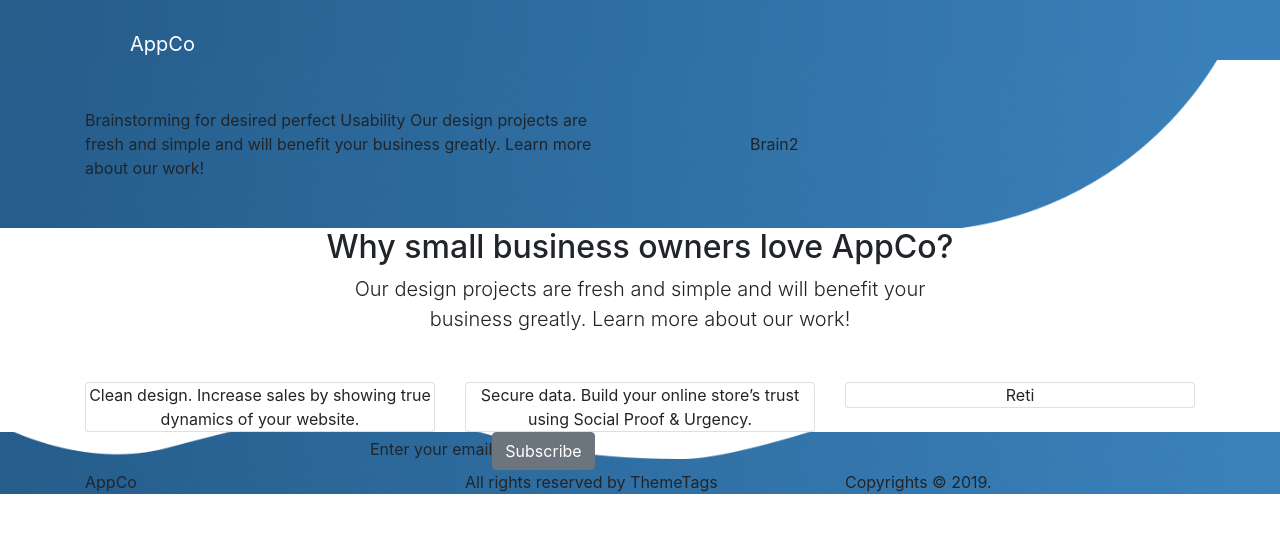
Repository: andbilous/user-statistics-app
Page: /
The author's editor kept a copy of each file at every save. The page is drawn from the files as they stood at one save, then again after the next save.
The browser window is 1280 px wide. The pictures show the whole page.
The project was rebuilt for these pictures with package versions that can differ from the ones it lists, and the page was loaded fresh each time. Also part of the build but not shown: src/components/reasons/reasons.scss.

Above is the page before, as saved 2020-06-19 15:16:16.

### src/App.js
import React from 'react';
import Main from './pages/Main';
import './App.scss';

function App() {
  return (
    <div className="App">
      <Main/>
    </div>
  );
}

export default App;

### src/pages/Main.jsx
import React from "react";
import Header from "../components/Header";
import Brainstorming from "../components/brainstorming";
import Reasons from "../components/reasons";
import Footer from '../components/footer';

const Main = () => {
  return (
    <>
      <Header />
      <Brainstorming />
      <Reasons />
      <Footer />
    </>
  );
};

export default Main;

### src/App.scss
body {
  font-family: Montserrat;
  font-style: normal;
  font-weight: normal;
}
img {
  position: relative;
  display: block;
  width: 100%;
}

### src/components/Header/index.js
import React from 'react';
import './header.scss';
import { Container, Row, Col } from 'reactstrap';


const Header = () => {
    return (
      <header className='header bg-image'>
      <Container>
          <div className='navbar-brand'>
          AppCo
            </div>
      </Container>
      </header>
    )
};

export default Header;

### src/components/brainstorming/index.js
import React from 'react';
import { Container, Row, Col } from 'reactstrap';
import'./brainstorming.scss';


const Brainstorming = () => {
    return (
      <section className='brainstorming pt-100 bg-image'>
      <Container>
          <Row className="row align-items-center justify-content-between py-5">
            <Col className="col-md-7 col-lg-6">
              Brainstorming for desired perfect Usability
              Our design projects are fresh and simple and will benefit your business greatly. Learn more about our work!
              </Col>
            <Col className="col-md-5 col-lg-5">Brain2</Col>
          </Row>
      </Container>
      </section>
    )
};

export default Brainstorming;

### src/components/reasons/index.js
import React from 'react';
import './reasons.scss';
import { Container, Row, Col,Card } from 'reactstrap';


const Reasons = () => {
    return (
      <section className='reasons'>
      <Container>
          <Row className="justify-content-center">
          <Col className="col-lg-7 col-md-8">
            <div className='section-heading text-center mb-5'>
              <h2>Why small business owners love AppCo?</h2>
              <p className='lead'>
              Our design projects are fresh and simple and will benefit your business greatly. Learn more about our work!
              </p>
            </div>
          </Col>
          </Row>
          <Row className="justify-content-center">
            <Col className='col-lg-4 col-md'>
              <Card className='text-center'>
                Clean design.
                Increase sales by showing true dynamics of your website.
              </Card>
            </Col>
            <Col className='col-lg-4 col-md'>
            <Card className='text-center'>
                Secure data.
                Build your online store’s trust using Social Proof & Urgency.
              </Card>
            </Col>
            <Col className='col-lg-4 col-md'>
            <Card className='text-center'>
                Reti
              </Card>
            </Col>
          </Row>

      </Container>
      </section>
    )
};

export default Reasons;

### src/components/footer/index.js
import React from 'react';
import { Container, Row, Col,Button } from 'reactstrap';
import'./footer.scss';


const Footer = () => {
    return (
      <footer className='footer'>
        <Container>
          <Row className='justify-content-center'>
            <Col md='6'>
              <div>
                Enter your email
                <Button>Subscribe</Button>
              </div>
            </Col>
          </Row>
          <Row className='justify-content-between'>
            <Col className='col-md' lg='4'>
            AppCo
            </Col>
            <Col className='col-md' lg='4'>
            All rights reserved by ThemeTags
              </Col>
              <Col className='col-md' lg='4'>
              Copyrights © 2019.
              </Col>
          </Row>
        </Container>
      </footer>
    )
};

export default Footer;

### src/components/Header/header.scss
.header{
  width: 100%;
  height: 60px;
  background: linear-gradient(92.09deg, #255D8B 2.29%, #3A80BA 96.79%);
}

.navbar-brand {
  color: #fff;
  font-size: 40px;
  line-height: 49px;
  position: absolute;
  width: 136px;
  height: 49px;
  left: 130px;
  top: 24px;
}

### src/components/brainstorming/brainstorming.scss
.brainstorming{
  background-image: url(../../img/bg.png);
  background-repeat: no-repeat;
  background-position: center center;
  background-size: cover;
}

.bg-image{
  position: relative;
  width: 100%;
  display: block;
}

### src/components/footer/footer.scss
.footer{
  background-image: url(../../img/footer-bg.png);
  background-repeat: no-repeat;
  background-position: center center;
  background-size: cover;
}

Loaded but not shown: public/index.html (common file); src/index.js (common file); src/serviceWorker.js (common file)

After the next save:
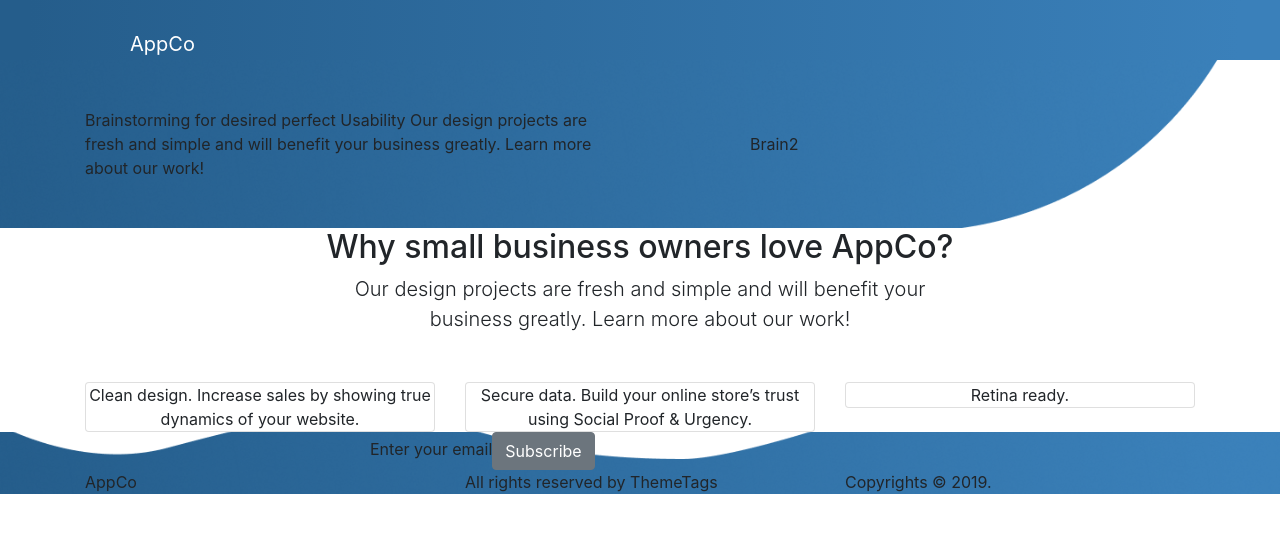
Saved 4 s later.
--- a/src/components/reasons/index.js
+++ b/src/components/reasons/index.js
@@ -32,7 +32,8 @@ const Reasons = () => {
             </Col>
             <Col className='col-lg-4 col-md'>
             <Card className='text-center'>
-                Reti
+                Retina ready.
+
               </Card>
             </Col>
           </Row>
